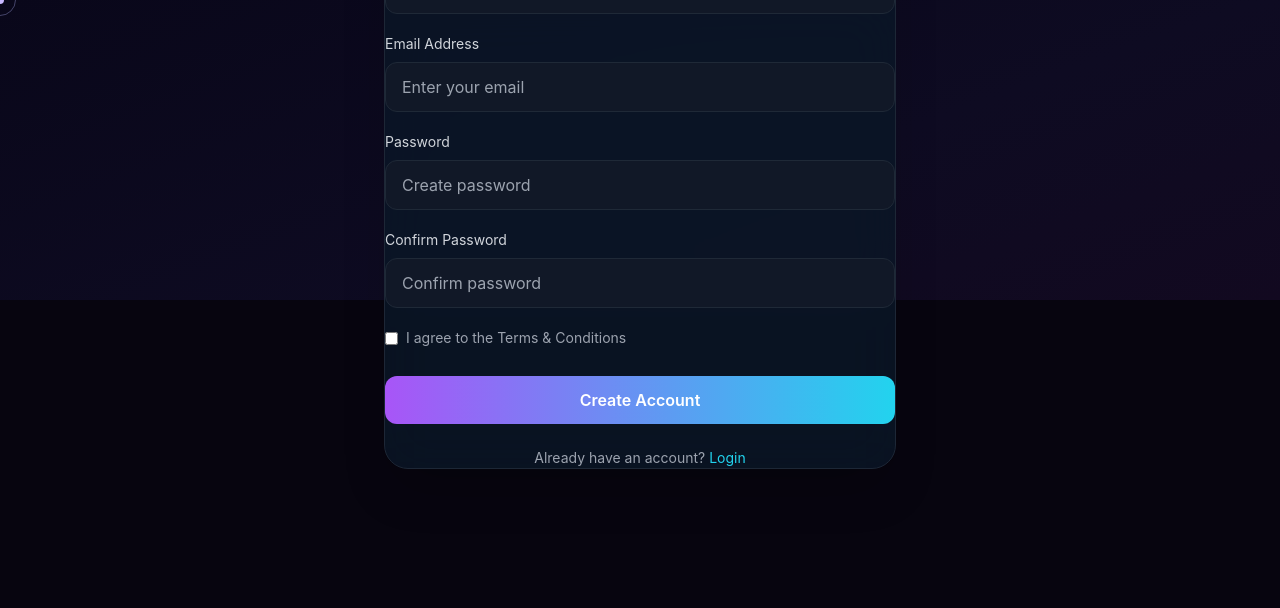
Repository: AMIREDDYRAKEY/chill-zone-
Page: /register
The author's editor kept a copy of each file at every save. The page is drawn from the files as they stood at one save, then again after the next save.
The browser window is 1280 px wide. The pictures show the whole page.
The project was rebuilt for these pictures with package versions that can differ from the ones it lists, and the page was loaded fresh each time. Also part of the build but not shown: vite.config.js, src/components/Login.jsx, src/components/Navbar.jsx, src/components/Hero.jsx, src/components/Marquee.jsx, src/components/TabsMenu.jsx, src/components/Ourspecialites.jsx, src/components/Aboutus.jsx and 3 more.

Above is the page before, as saved 2026-05-07 14:36:26.

After the next save:
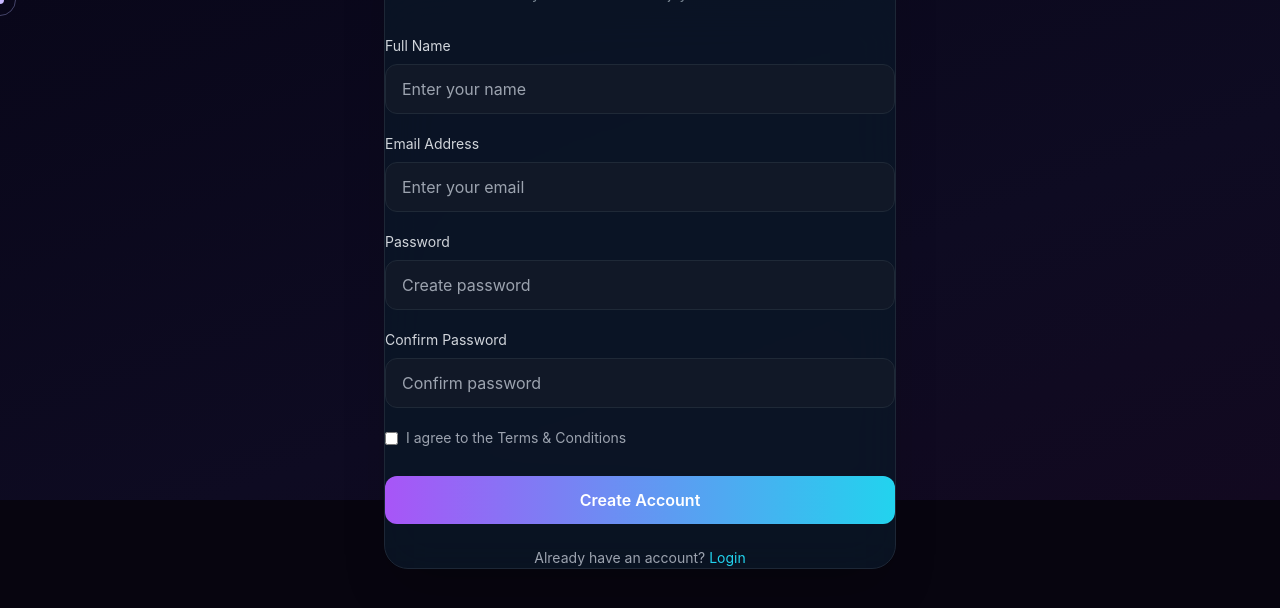
Saved 9 s later.
--- a/src/components/Register.jsx
+++ b/src/components/Register.jsx
@@ -4,7 +4,7 @@ import React from 'react'
 
 const Register = () => {
   return (
-    <div className="h-[300px] flex items-center justify-center  ">
+    <div className="h-[500px] flex items-center justify-center  ">
 
       <div className="w-full max-w-lg bg-[#0a1727]/80 backdrop-blur-xl border border-[#1d2736] rounded-3xl  shadow-2xl">
 
